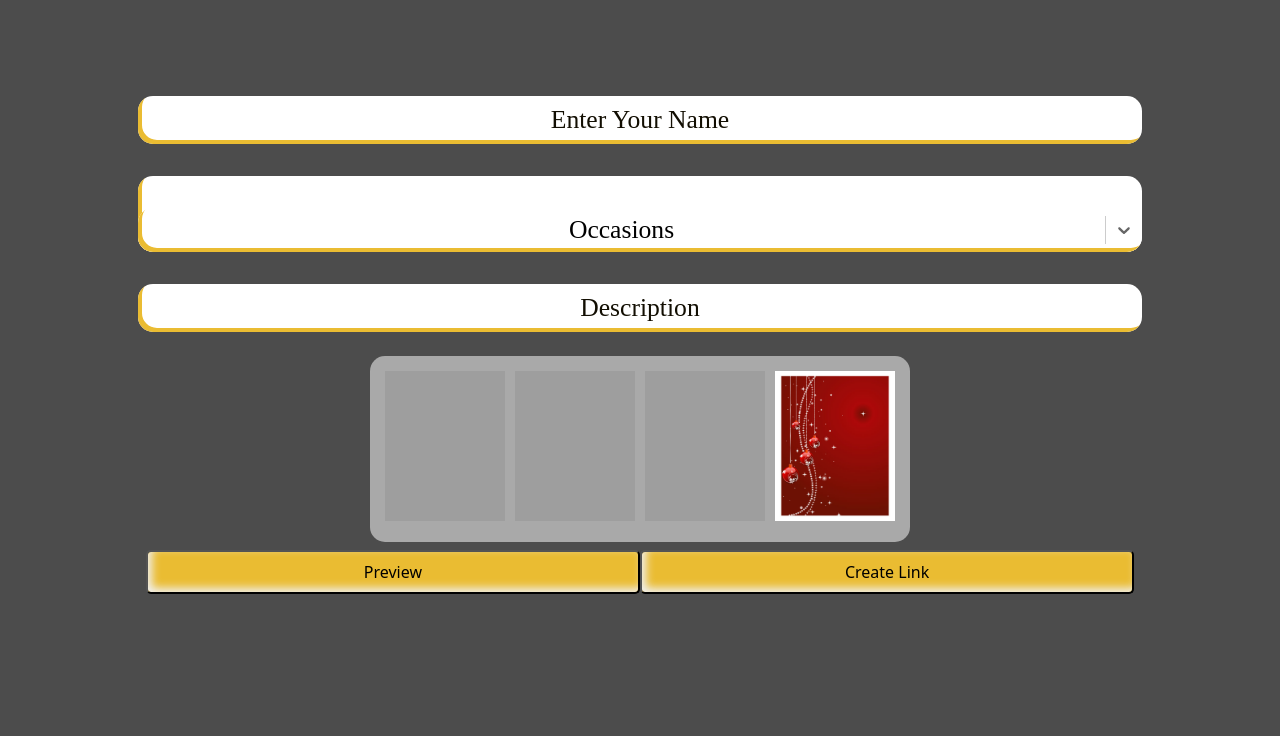
Repository: Haneef-Shaik/Greetings
Page: /
These files come from the project's save history. The page is drawn as it stood at one moment and after the next save; the edit follows.
The browser window is 1280 px wide. The pictures show the whole page.
Pictures or frames that could not be fetched are drawn as grey boxes. The project was rebuilt for these pictures with package versions that can differ from the ones it lists, and the page was loaded fresh each time. The framework's server and built-in components were replaced by stand-ins that run in the browser. Also part of the build but not shown: next.config.js, styles/card.module.scss, components/card.js, styles/socialShare.module.scss, components/socialShare.js.

Above is the page before, as saved 2021-12-04 21:58:33.

After the next save:
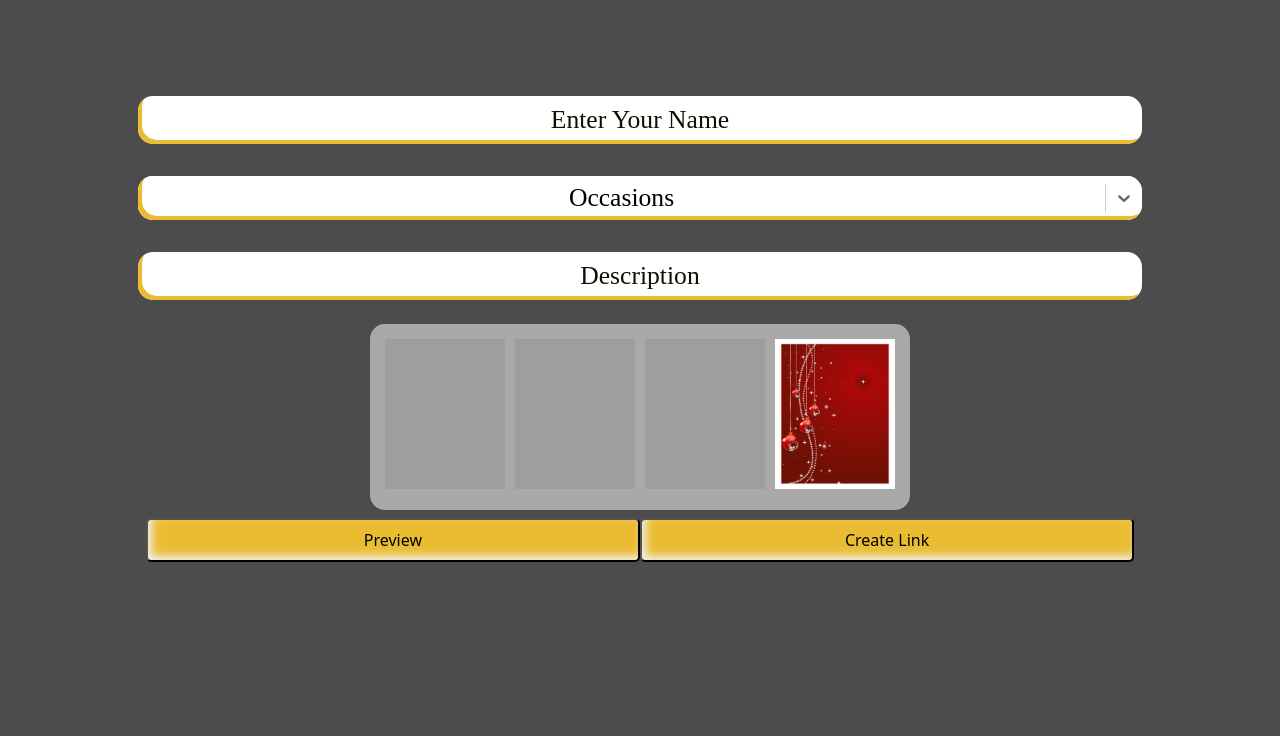
Saved 8 s later.
--- a/components/inpForm.jsx
+++ b/components/inpForm.jsx
@@ -37,7 +37,7 @@ function Edit() {
         borderRadius:'15px',
         boxShadow:'inset 4px -4px 0px #EABC32 ',
         lineHeight:'2rem',
-        marginTop:'2rem'
+        // marginTop:'2rem'
     }),
 
     placeholder: (provided, state) => ({
